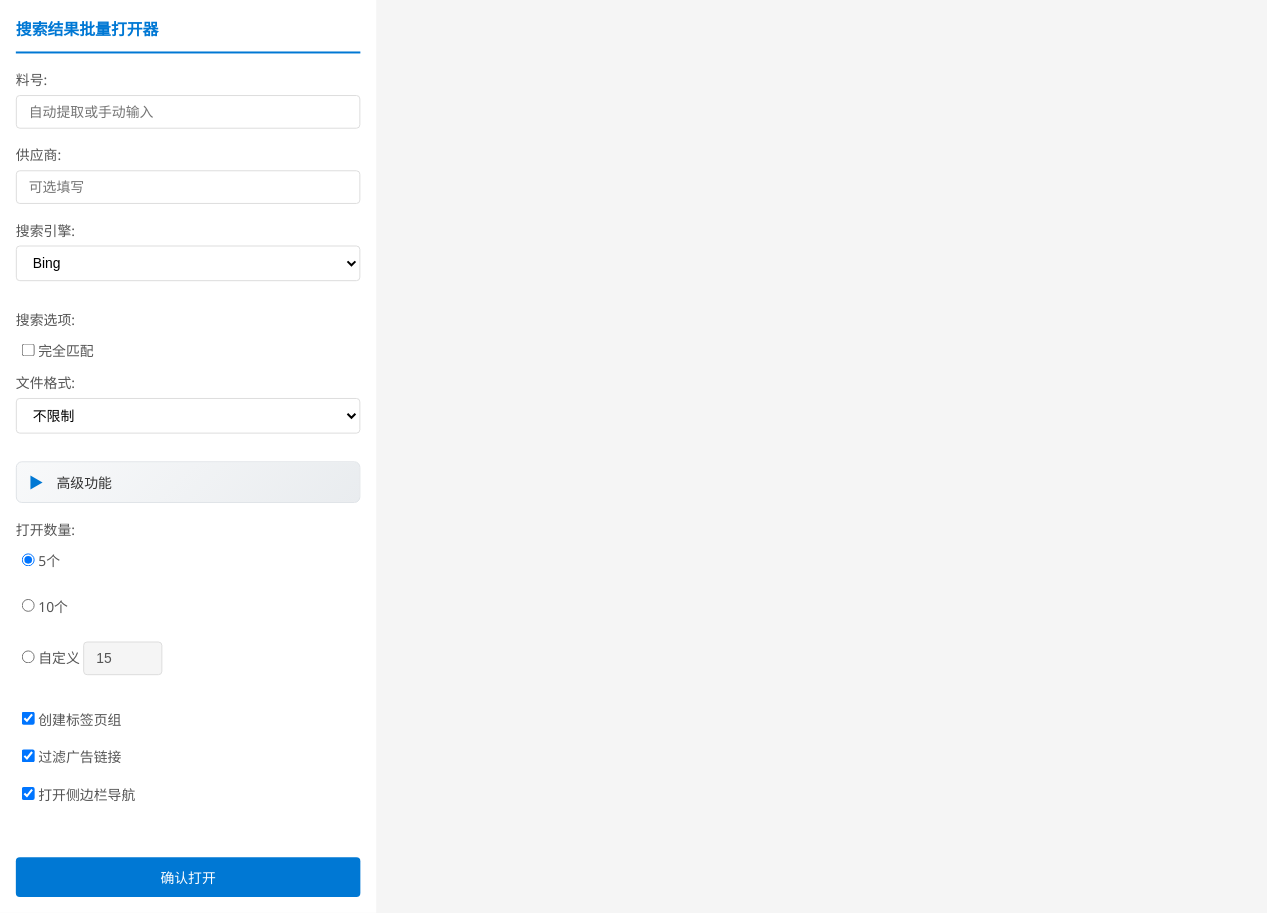
Repository: wofa24/search-result-opener
Page: search-result-opener/popup.html
The author's editor kept a copy of each file at every save. The page is drawn from the files as they stood at one save, then again after the next save.
The browser window is 1280 px wide. The pictures show the whole page, at 99% of full size.

Above is the page before, as saved 2026-04-03 06:21:24.

### search-result-opener/popup.html
<!DOCTYPE html>
<html lang="zh-CN">
<head>
  <meta charset="UTF-8">
  <meta name="viewport" content="width=device-width, initial-scale=1.0">
  <title>搜索结果批量打开器</title>
  <link rel="stylesheet" href="popup.css">
</head>
<body>
  <div class="container">
    <div class="header">
      <h2>搜索结果批量打开器</h2>
    </div>

    <div class="form-group">
      <label for="partNumber">料号:</label>
      <input type="text" id="partNumber" placeholder="自动提取或手动输入">
    </div>

    <div class="form-group">
      <label for="supplier">供应商:</label>
      <input type="text" id="supplier" placeholder="可选填写">
    </div>

    <div class="form-group">
      <label for="searchEngine">搜索引擎:</label>
      <select id="searchEngine" class="select-input">
        <option value="bing">Bing</option>
        <option value="google">Google</option>
      </select>
    </div>

    <div class="form-group">
      <label>搜索选项:</label>
      <label class="checkbox-label">
        <input type="checkbox" id="exactMatch">
        <span>完全匹配</span>
      </label>

      <label for="fileType">文件格式:</label>
      <select id="fileType" class="select-input">
        <option value="none">不限制</option>
        <option value="pdf">PDF</option>
        <option value="doc">DOC/DOCX</option>
        <option value="xls">XLS/XLSX</option>
        <option value="image">图片(JPG/PNG)</option>
      </select>
    </div>

    <div class="form-group">
      <div class="advanced-toggle" id="advancedToggle">
        <span class="toggle-icon">▶</span>
        <span>高级功能</span>
      </div>

      <div class="advanced-options" id="advancedOptions" style="display: none;">
        <label for="siteLimit">站点限定:</label>
        <select id="siteLimit" class="select-input">
          <option value="none">不限制</option>
          <option value="alibaba">阿里巴巴(1688.com)</option>
          <option value="taobao">淘宝(taobao.com)</option>
          <option value="jd">京东(jd.com)</option>
          <option value="tmall">天猫(tmall.com)</option>
        </select>

        <label for="excludeSite">排除站点:</label>
        <select id="excludeSite" class="select-input">
          <option value="none">无</option>
          <option value="forums">论坛/博客</option>
          <option value="qa">问答网站(知乎/百度知道)</option>
        </select>
      </div>
    </div>

    <div class="form-group">
      <label>打开数量:</label>
      <div class="radio-group">
        <label class="radio-label">
          <input type="radio" name="count" value="5" checked>
          <span>5个</span>
        </label>
        <label class="radio-label">
          <input type="radio" name="count" value="10">
          <span>10个</span>
        </label>
        <label class="radio-label">
          <input type="radio" name="count" value="custom">
          <span>自定义</span>
          <input type="number" id="customCount" min="1" max="50" value="15" disabled>
        </label>
      </div>
    </div>

    <div class="form-group">
      <label class="checkbox-label">
        <input type="checkbox" id="createGroup" checked>
        <span>创建标签页组</span>
      </label>
      <label class="checkbox-label">
        <input type="checkbox" id="filterAds" checked>
        <span>过滤广告链接</span>
      </label>
      <label class="checkbox-label">
        <input type="checkbox" id="openSidebar" checked>
        <span>打开侧边栏导航</span>
      </label>
    </div>

    <div class="status" id="status"></div>

    <div class="button-group">
      <button id="confirmBtn" class="btn btn-primary">确认打开</button>
    </div>
  </div>

  <script src="popup.js"></script>
</body>
</html>

### search-result-opener/popup.css
* {
  margin: 0;
  padding: 0;
  box-sizing: border-box;
}

body {
  width: 380px;
  font-family: 'Microsoft YaHei', 'Segoe UI', Arial, sans-serif;
  font-size: 14px;
  color: #333;
  background: #f5f5f5;
}

.container {
  padding: 16px;
  background: white;
}

.header {
  margin-bottom: 16px;
  padding-bottom: 12px;
  border-bottom: 2px solid #0078d4;
}

.header h2 {
  font-size: 16px;
  color: #0078d4;
  font-weight: 600;
}

.form-group {
  margin-bottom: 16px;
}

.form-group label {
  display: block;
  margin-bottom: 6px;
  font-weight: 500;
  color: #555;
}

.form-group input[type="text"],
.form-group input[type="number"] {
  width: 100%;
  padding: 8px 12px;
  border: 1px solid #ddd;
  border-radius: 4px;
  font-size: 14px;
  transition: border-color 0.3s;
}

.form-group input[type="text"]:focus,
.form-group input[type="number"]:focus {
  outline: none;
  border-color: #0078d4;
}

.radio-group {
  display: flex;
  flex-direction: column;
  gap: 8px;
}

.radio-label {
  display: flex;
  align-items: center;
  gap: 8px;
  cursor: pointer;
  padding: 6px;
  border-radius: 4px;
  transition: background-color 0.2s;
}

.radio-label:hover {
  background-color: #f0f0f0;
}

.radio-label input[type="radio"] {
  cursor: pointer;
}

.radio-label span {
  flex-shrink: 0;
}

.radio-label input[type="number"] {
  width: 80px;
  margin-left: auto;
}

.radio-label input[type="number"]:disabled {
  background-color: #f5f5f5;
  cursor: not-allowed;
}

.checkbox-label {
  display: flex;
  align-items: center;
  gap: 8px;
  margin-bottom: 8px;
  cursor: pointer;
  padding: 6px;
  border-radius: 4px;
  transition: background-color 0.2s;
}

.checkbox-label:hover {
  background-color: #f0f0f0;
}

.checkbox-label input[type="checkbox"] {
  cursor: pointer;
}

.status {
  min-height: 20px;
  padding: 8px;
  margin-bottom: 12px;
  border-radius: 4px;
  font-size: 13px;
  text-align: center;
}

.status.info {
  background-color: #e3f2fd;
  color: #1976d2;
}

.status.error {
  background-color: #ffebee;
  color: #c62828;
}

.status.success {
  background-color: #e8f5e9;
  color: #2e7d32;
}

.button-group {
  display: flex;
  gap: 8px;
}

.btn {
  flex: 1;
  padding: 10px 16px;
  border: none;
  border-radius: 4px;
  font-size: 14px;
  font-weight: 500;
  cursor: pointer;
  transition: all 0.3s;
}

.btn-primary {
  background-color: #0078d4;
  color: white;
}

.btn-primary:hover {
  background-color: #005a9e;
}

.btn-primary:active {
  transform: scale(0.98);
}

.btn:disabled {
  background-color: #ccc;
  cursor: not-allowed;
}

/* 下拉选择框样式 */
.select-input {
  width: 100%;
  padding: 8px 12px;
  border: 1px solid #ddd;
  border-radius: 4px;
  font-size: 14px;
  background-color: white;
  cursor: pointer;
  transition: border-color 0.3s;
  margin-bottom: 12px;
}

.select-input:focus {
  outline: none;
  border-color: #0078d4;
}

.select-input:hover {
  border-color: #0078d4;
}

/* 高级功能折叠区域 */
.advanced-toggle {
  cursor: pointer;
  padding: 10px 12px;
  background: linear-gradient(135deg, #f8f9fa 0%, #e9ecef 100%);
  border: 1px solid #dee2e6;
  border-radius: 6px;
  margin-bottom: 12px;
  user-select: none;
  display: flex;
  align-items: center;
  transition: all 0.3s;
}

.advanced-toggle:hover {
  background: linear-gradient(135deg, #e9ecef 0%, #dee2e6 100%);
  border-color: #0078d4;
  transform: translateX(2px);
}

.toggle-icon {
  display: inline-block;
  width: 20px;
  font-weight: bold;
  color: #0078d4;
  transition: transform 0.3s;
  margin-right: 8px;
}

.advanced-toggle.expanded .toggle-icon {
  transform: rotate(90deg);
}

.advanced-options {
  padding: 12px;
  margin-top: 8px;
  margin-bottom: 12px;
  border-left: 3px solid #0078d4;
  background: #f8f9fa;
  border-radius: 0 4px 4px 0;
  animation: slideDown 0.3s ease-out;
}

@keyframes slideDown {
  from {
    opacity: 0;
    max-height: 0;
    padding-top: 0;
    padding-bottom: 0;
  }
  to {
    opacity: 1;
    max-height: 500px;
    padding-top: 12px;
    padding-bottom: 12px;
  }
}

.advanced-options label {
  display: block;
  margin-bottom: 6px;
  font-weight: 500;
  color: #555;
  font-size: 13px;
}

### search-result-opener/popup.js
// 页面加载时初始化
document.addEventListener('DOMContentLoaded', async () => {
  // 加载搜索信息
  await loadSearchInfo();

  // 设置事件监听器
  setupEventListeners();
});

// 加载搜索信息
async function loadSearchInfo() {
  try {
    const [tab] = await chrome.tabs.query({ active: true, currentWindow: true });

    // 尝试从当前页面获取搜索信息（如果在搜索结果页）
    if (isSearchPage(tab.url)) {
      // 等待一下让content script加载
      await new Promise(resolve => setTimeout(resolve, 100));

      // 从content script获取搜索信息
      chrome.tabs.sendMessage(tab.id, { action: 'getSearchQuery' }, (response) => {
        if (chrome.runtime.lastError) {
          console.error('Error:', chrome.runtime.lastError);
          return;
        }

        if (response && response.query) {
          const words = response.query.trim().split(/\s+/);

          // 第一个词作为料号
          document.getElementById('partNumber').value = words[0] || '';

          // 其余词作为供应商
          document.getElementById('supplier').value = words.slice(1).join(' ') || '';
        }
      });
    }

    // 不再限制必须在搜索页面使用
    showStatus('请输入料号开始搜索', 'info');
  } catch (error) {
    console.error('Error loading search info:', error);
  }
}

// 检查是否是搜索页面
function isSearchPage(url) {
  return url.includes('bing.com') ||
         url.includes('google.com') ||
         url.includes('google.com.hk');
}

// 设置事件监听器
function setupEventListeners() {
  // 自定义数量单选按钮
  const customRadio = document.querySelector('input[value="custom"]');
  const customCountInput = document.getElementById('customCount');

  document.querySelectorAll('input[name="count"]').forEach(radio => {
    radio.addEventListener('change', (e) => {
      customCountInput.disabled = e.target.value !== 'custom';
    });
  });

  // 高级功能折叠/展开
  document.getElementById('advancedToggle').addEventListener('click', () => {
    const options = document.getElementById('advancedOptions');
    const toggle = document.getElementById('advancedToggle');
    const icon = document.querySelector('.toggle-icon');

    if (options.style.display === 'none') {
      options.style.display = 'block';
      icon.textContent = '▼';
      toggle.classList.add('expanded');
    } else {
      options.style.display = 'none';
      icon.textContent = '▶';
      toggle.classList.remove('expanded');
    }
  });

  // 确认按钮
  document.getElementById('confirmBtn').addEventListener('click', handleConfirm);
}

// 处理确认按钮点击
async function handleConfirm() {
  const partNumber = document.getElementById('partNumber').value.trim();
  const supplier = document.getElementById('supplier').value.trim();

  if (!partNumber) {
    showStatus('请输入料号', 'error');
    return;
  }

  // 获取选择的数量
  const count = getSelectedCount();

  // 获取选项
  const createGroup = document.getElementById('createGroup').checked;
  const filterAds = document.getElementById('filterAds').checked;
  const openSidebar = document.getElementById('openSidebar').checked;

  // 禁用按钮，显示加载状态
  const btn = document.getElementById('confirmBtn');
  btn.disabled = true;

  try {
    const [tab] = await chrome.tabs.query({ active: true, currentWindow: true });

    // 检查是否在搜索结果页
    const isOnSearchResultPage = tab.url.includes('/search?q=') || tab.url.includes('/search?');

    if (!isOnSearchResultPage) {
      // 不在搜索结果页，先执行搜索
      showStatus('正在搜索...', 'info');
      await performSearch(tab.id, partNumber, supplier, count, createGroup, filterAds, openSidebar);
    } else {
      // 已经在搜索结果页，直接提取
      showStatus('正在提取搜索结果...', 'info');
      await extractAndOpen(tab.id, partNumber, supplier, count, createGroup, filterAds, openSidebar);
    }
  } catch (error) {
    showStatus('发生错误: ' + error.message, 'error');
    btn.disabled = false;
  }
}

// 构建搜索查询
function buildSearchQuery(partNumber, supplier) {
  // 获取搜索选项
  const exactMatch = document.getElementById('exactMatch').checked;
  const fileType = document.getElementById('fileType').value;
  const siteLimit = document.getElementById('siteLimit').value;
  const excludeSite = document.getElementById('excludeSite').value;

  let query = '';

  // 1. 处理料号（完全匹配）
  if (exactMatch) {
    query = `"${partNumber}"`;
  } else {
    query = partNumber;
  }

  // 2. 添加供应商
  if (supplier) {
    query += ` ${supplier}`;
  }

  // 3. 添加文件格式
  if (fileType && fileType !== 'none') {
    query += ` ${getFileTypeQuery(fileType)}`;
  }

  // 4. 添加站点限定
  if (siteLimit && siteLimit !== 'none') {
    query += ` ${getSiteLimitQuery(siteLimit)}`;
  }

  // 5. 添加排除站点
  if (excludeSite && excludeSite !== 'none') {
    query += ` ${getExcludeSiteQuery(excludeSite)}`;
  }

  return query.trim();
}

// 获取文件格式查询
function getFileTypeQuery(fileType) {
  const typeMap = {
    'pdf': 'filetype:pdf',
    'doc': '(filetype:doc OR filetype:docx)',
    'xls': '(filetype:xls OR filetype:xlsx)',
    'image': '(filetype:jpg OR filetype:png OR filetype:jpeg)'
  };
  return typeMap[fileType] || '';
}

// 获取站点限定查询
function getSiteLimitQuery(site) {
  const siteMap = {
    'alibaba': 'site:1688.com',
    'taobao': 'site:taobao.com',
    'jd': 'site:jd.com',
    'tmall': 'site:tmall.com'
  };
  return siteMap[site] || '';
}

// 获取排除站点查询
function getExcludeSiteQuery(exclude) {
  const excludeMap = {
    'forums': '-site:bbs.* -site:forum.* -site:tieba.baidu.com',
    'qa': '-site:zhidao.baidu.com -site:zhihu.com -site:wenda.*'
  };
  return excludeMap[exclude] || '';
}

// 执行搜索
async function performSearch(tabId, partNumber, supplier, count, createGroup, filterAds, openSidebar) {
  const searchQuery = buildSearchQuery(partNumber, supplier);

  return new Promise((resolve, reject) => {
    chrome.tabs.sendMessage(tabId, {
      action: 'performSearch',
      query: searchQuery
    }, async (response) => {
      if (chrome.runtime.lastError) {
        showStatus('搜索失败: ' + chrome.runtime.lastError.message, 'error');
        document.getElementById('confirmBtn').disabled = false;
        reject(chrome.runtime.lastError);
        return;
      }

      if (response && response.success) {
        // 等待页面加载和导航完成
        showStatus('等待搜索结果加载...', 'info');

        // 监听标签页更新
        const updateListener = (updatedTabId, changeInfo, updatedTab) => {
          if (updatedTabId === tabId && changeInfo.status === 'complete') {
            chrome.tabs.onUpdated.removeListener(updateListener);

            // 再等待一下确保content script加载
            setTimeout(async () => {
              await extractAndOpen(tabId, partNumber, supplier, count, createGroup, filterAds, openSidebar);
              resolve();
            }, 1000);
          }
        };

        chrome.tabs.onUpdated.addListener(updateListener);

        // 设置超时
        setTimeout(() => {
          chrome.tabs.onUpdated.removeListener(updateListener);
          showStatus('搜索超时，请重试', 'error');
          document.getElementById('confirmBtn').disabled = false;
          reject(new Error('Timeout'));
        }, 10000);
      } else {
        showStatus('搜索失败，请检查页面', 'error');
        document.getElementById('confirmBtn').disabled = false;
        reject(new Error('Search failed'));
      }
    });
  });
}

// 提取链接并打开
async function extractAndOpen(tabId, partNumber, supplier, count, createGroup, filterAds, openSidebar) {
  return new Promise((resolve, reject) => {
    chrome.tabs.sendMessage(tabId, {
      action: 'extractLinks',
      count: count,
      filterAds: filterAds
    }, (response) => {
      if (chrome.runtime.lastError) {
        showStatus('提取失败: ' + chrome.runtime.lastError.message, 'error');
        document.getElementById('confirmBtn').disabled = false;
        reject(chrome.runtime.lastError);
        return;
      }

      if (response && response.links && response.links.length > 0) {
        showStatus(`找到 ${response.links.length} 个结果，正在打开...`, 'info');

        // 获取搜索引擎
        const searchEngine = document.getElementById('searchEngine').value;

        // 发送到background打开链接
        chrome.runtime.sendMessage({
          action: 'openLinks',
          links: response.links,
          partNumber: partNumber,
          supplier: supplier,
          searchEngine: searchEngine,
          createGroup: createGroup,
          openSidebar: openSidebar
        }, (result) => {
          if (result && result.success) {
            showStatus('成功打开 ' + response.links.length + ' 个页面！', 'success');
            setTimeout(() => window.close(), 1000);
            resolve();
          } else {
            showStatus('打开失败: ' + (result?.error || '未知错误'), 'error');
            document.getElementById('confirmBtn').disabled = false;
            reject(new Error('Open failed'));
          }
        });
      } else {
        showStatus('未找到搜索结果，请检查页面', 'error');
        document.getElementById('confirmBtn').disabled = false;
        reject(new Error('No results'));
      }
    });
  });
}

// 获取选择的数量
function getSelectedCount() {
  const selectedRadio = document.querySelector('input[name="count"]:checked');
  if (selectedRadio.value === 'custom') {
    return parseInt(document.getElementById('customCount').value) || 15;
  }
  return parseInt(selectedRadio.value);
}

// 显示状态消息
function showStatus(message, type = 'info') {
  const statusDiv = document.getElementById('status');
  statusDiv.textContent = message;
  statusDiv.className = 'status ' + type;
}

After the next save:
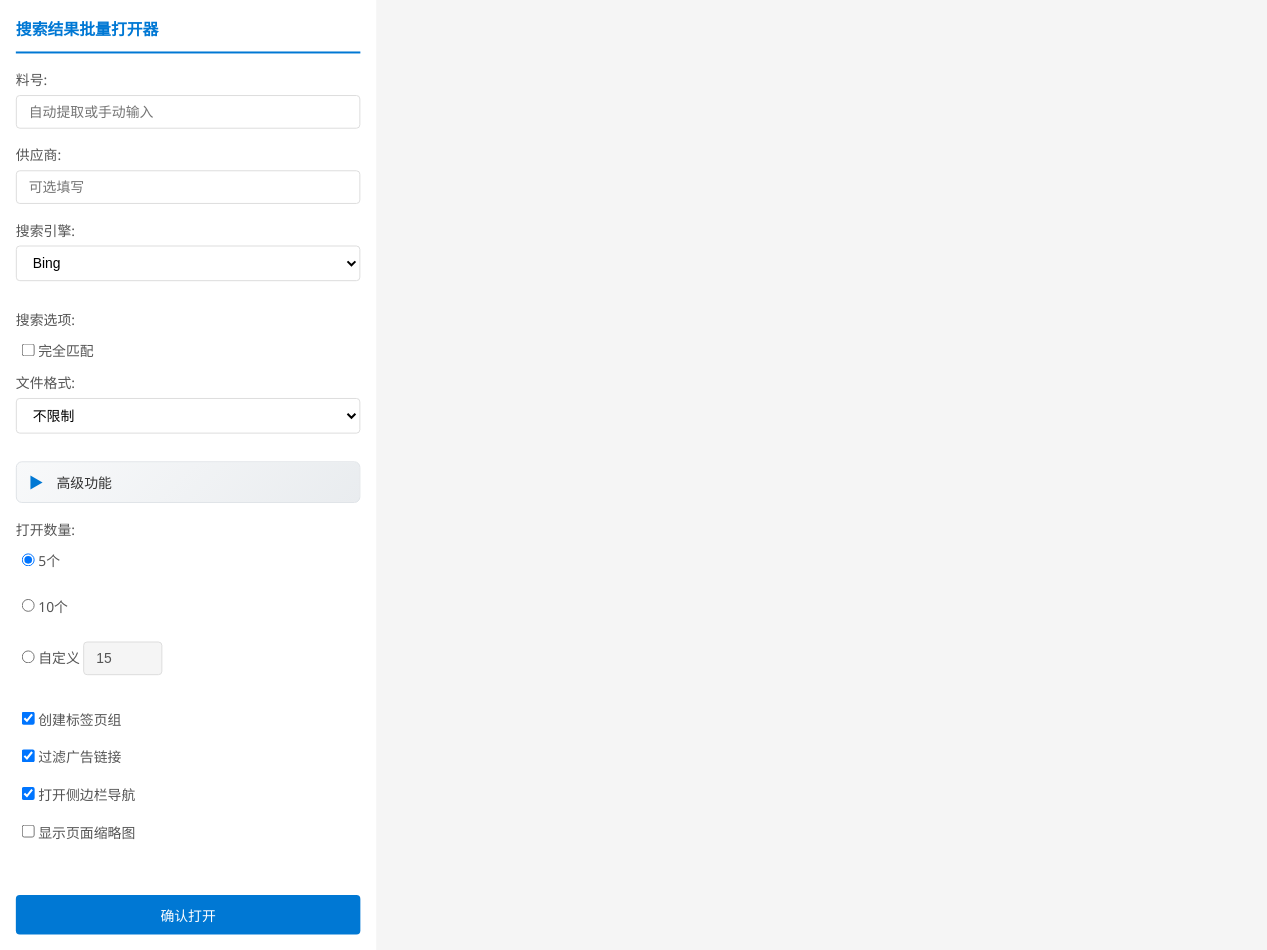
Saved 9 min 39 s later.
--- a/search-result-opener/popup.html
+++ b/search-result-opener/popup.html
@@ -104,6 +104,10 @@
         <input type="checkbox" id="openSidebar" checked>
         <span>打开侧边栏导航</span>
       </label>
+      <label class="checkbox-label">
+        <input type="checkbox" id="showThumbnails">
+        <span>显示页面缩略图</span>
+      </label>
     </div>
 
     <div class="status" id="status"></div>
